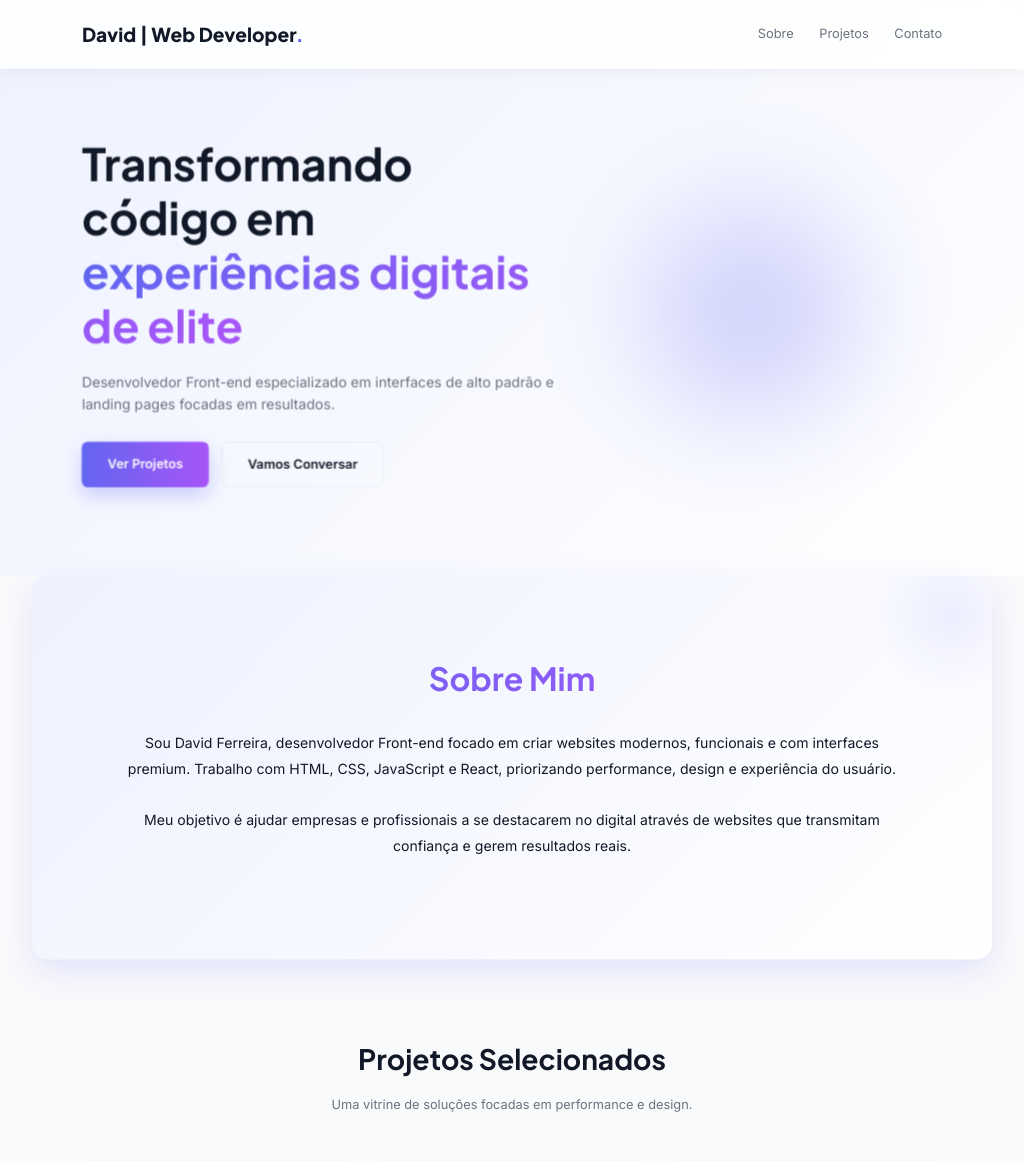
Repository: davidfsillva/David_Ferreira
Page: index.html
The author's editor kept a copy of each file at every save. The page is drawn from the files as they stood at one save, then again after the next save.
The browser window is 1280 px wide. The pictures show the part of the page from y = 0 to 1451 px (the page is 2783 px tall before and 2777 px after), at 80% of full size.
Pictures or frames that could not be fetched are drawn as grey boxes.

Above is the page before, as saved 2026-02-11 12:05:04.
Console error: TypeError: Cannot read properties of null (reading 'addEventListener')

After the next save:
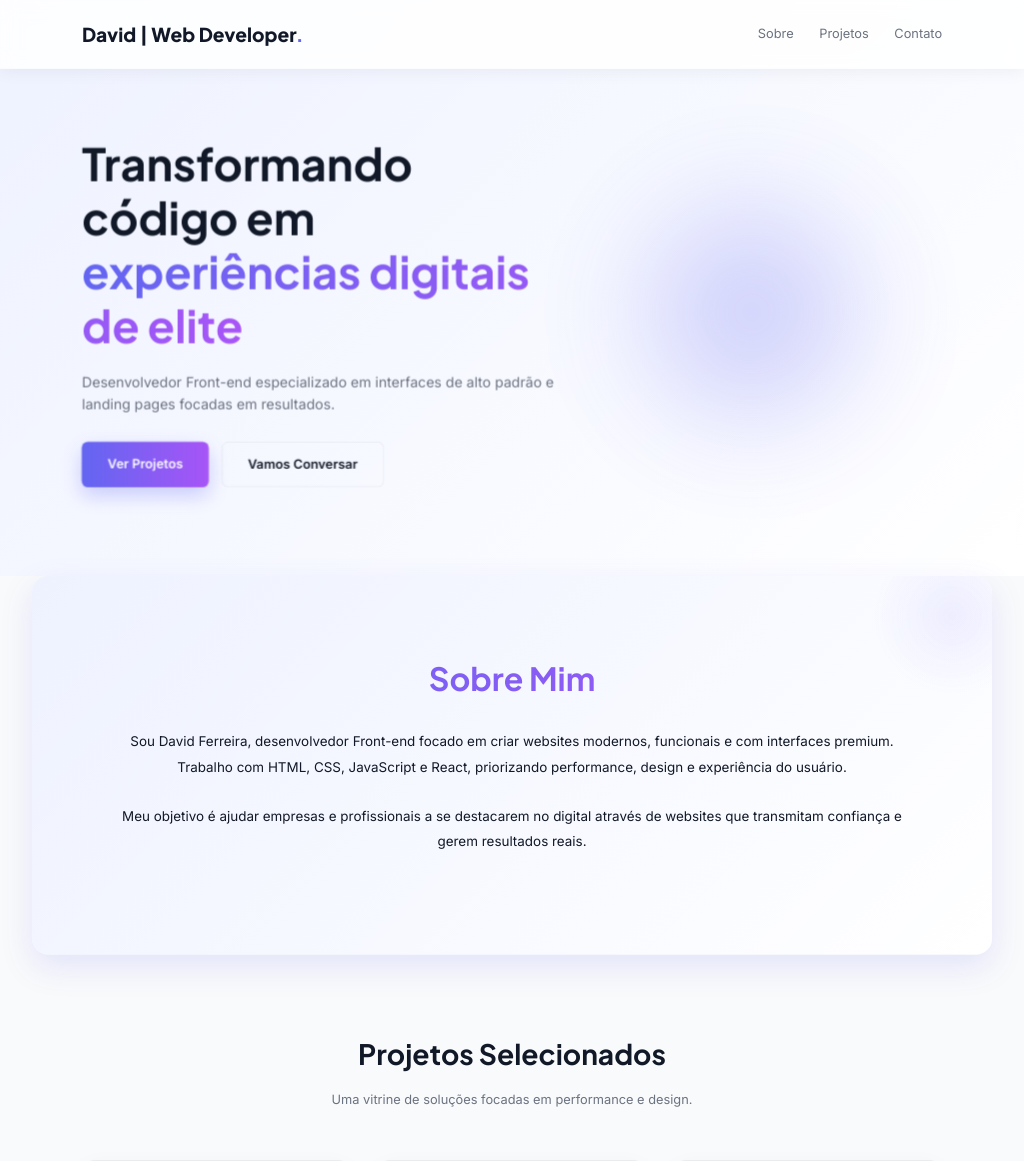
Saved 7 s later.
--- a/style.css
+++ b/style.css
@@ -242,7 +242,7 @@ body {
 }
 
 #about p {
-  font-size: 1.10rem;
+  font-size: 1.05rem;
   line-height: 1.9;
   color: var(--text-dark);
   margin-bottom: 1.8rem;
